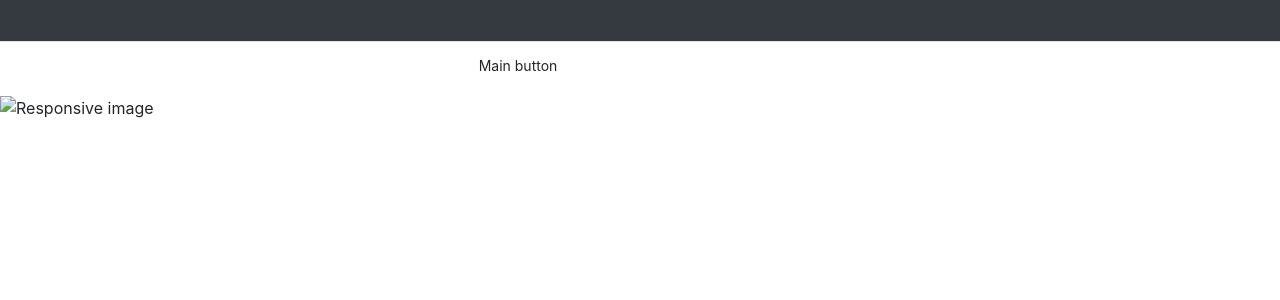
Repository: Alaa-OmarAlshobaki/portfolio
Page: index.html
An editor plug-in stored every save of this project. The page is shown before and after the next save, followed by the edit.
The browser window is 1280 px wide. The pictures show the whole page.
Some web fonts or font styles are not loaded; a fallback is used.

Above is the page before, as saved 2020-03-12 00:08:14.

### index.html
<!DOCTYPE html>
<html lang="en">
  <head>
    <meta charset="UTF-8" />
    <meta name="viewport" content="width=device-width, initial-scale=1.0" />
    <link rel="icon" href="public/img/cv.png" type="image/gif" sizes="16x16">
    <link rel="stylesheet" href="public/fonts/icomoon/style.css">
    <link rel="stylesheet" href="public/fonts/flaticon/font/flaticon.css">
    <link rel="stylesheet" href="https://stackpath.bootstrapcdn.com/bootstrap/4.3.1/css/bootstrap.min.css" integrity="sha384-ggOyR0iXCbMQv3Xipma34MD+dH/1fQ784/j6cY/iJTQUOhcWr7x9JvoRxT2MZw1T" crossorigin="anonymous">
    <link href="https://fonts.googleapis.com/css?family=Dancing+Script&display=swap" rel="stylesheet">
    <link rel="stylesheet" href="public/js/jquery-ui/jquery-ui.css" />
    <link rel="stylesheet" href="public/css/style.css" />
    <script src="https://code.jquery.com/jquery-3.3.1.slim.min.js" integrity="sha384-q8i/X+965DzO0rT7abK41JStQIAqVgRVzpbzo5smXKp4YfRvH+8abtTE1Pi6jizo" crossorigin="anonymous"></script>
    <script src="https://cdnjs.cloudflare.com/ajax/libs/popper.js/1.14.7/umd/popper.min.js" integrity="sha384-UO2eT0CpHqdSJQ6hJty5KVphtPhzWj9WO1clHTMGa3JDZwrnQq4sF86dIHNDz0W1" crossorigin="anonymous"></script>
    <script src="https://stackpath.bootstrapcdn.com/bootstrap/4.3.1/js/bootstrap.min.js" integrity="sha384-JjSmVgyd0p3pXB1rRibZUAYoIIy6OrQ6VrjIEaFf/nJGzIxFDsf4x0xIM+B07jRM" crossorigin="anonymous"></script>
    <script type="text/javascript" src="public/js/jquery.js"></script>
    <script type="text/javascript" src="public/js/jquery-ui/jquery-ui.js"></script>

    <script>

      </script>

    <title>Portfolio</title>

    </style>
  </head>
  <body>

  <div class="site-wrap">
<!-- start section social header -->
  <section>

    <div class="border-bottom top-bar py-2 bg-dark" id="home-section">
      <div class="container">
        <div class="row">
         <div class="col-7"></div>
          <div class="col-5">
            <div class="row">
              <div class="col-2"><a href="https://github.com/Alaa-OmarAlshobaki"><span class="icon-github"></span></a></div>
              <div class="col-2"><a href="https://jo.linkedin.com/in/ala-a-omar-al-shobaki-1b4059186?trk=people-guest_people_search-card"><span class="icon-linkedin"></span></a></div>
              <div class="col-2"><a href="mailto:alaaomaralshobaki@gmail.com"><span class="icon-mail_outline"></span></a></div>
              <div class="col-2"><a href="tel:+962788320226"><span class="icon-phonelink_ring"></span></a></div>
            </div>
          </div>
        </div>
      </div>
    </div>

</section>
<!-- end section social header -->
<!-- start section header -->
<section>
   <!--Navbar-->
   <nav class="navbar navbar-expand-lg navbar-dark primary-color bg">

    <div class="container">

      <!-- Collapse button -->
      <button class="navbar-toggler float-right" type="button" data-toggle="collapse" data-target="#navbarSupportedContent"
        aria-controls="navbarSupportedContent" aria-expanded="false" aria-label="Toggle navigation">
        <span class="navbar-toggler-icon"></span>
      </button>

      <!-- Collapsible content -->
      <div class="collapse navbar-collapse justify-content-center" id="navbarSupportedContent">

        <!-- Links -->
        <ul class="navbar-nav">

          <li class="nav-item">
            <button class="btn btn-outline-white btn-sm" type="button">Main button</button>
          </li>

          <li class="nav-item">
            <a class="nav-link" href="#">Features</a>
          </li>
          <li class="nav-item">
            <a class="nav-link" href="#">Pricing</a>
          </li>

          <!-- Dropdown -->
          <li class="nav-item dropdown">
            <a class="nav-link dropdown-toggle" id="navbarDropdownMenuLink" data-toggle="dropdown" aria-haspopup="true"
              aria-expanded="false">Dropdown</a>
            <div class="dropdown-menu dropdown-primary" aria-labelledby="navbarDropdownMenuLink">
              <a class="dropdown-item" href="#">Action</a>
              <a class="dropdown-item" href="#">Another action</a>
              <a class="dropdown-item" href="#">Something else here</a>
            </div>
          </li>

        </ul>
        <!-- Links -->

      </div>
      <!-- CTA -->

    </div>

  </nav>
  <!--/.Navbar-->
</section>
<!-- end section header -->
<!-- start section cover -->
<section>
<div class="container-fluid">
  <div class="row">
    <img src="" class="img-fluid" alt="Responsive image">
  </div>
</div>
</section>
<!-- end section cover -->
  </div><!-- end div site-wrap-->
  </body>
</html>

### public/css/style.css
a {
  color: #32dbc6;
  text-decoration: none;
  background-color: transparent;
  font-size: 15px;
}
a:hover {
  color: #1da493;
  text-decoration: none;
}

Loaded but not shown: public/fonts/icomoon/style.css (common file); public/fonts/flaticon/font/flaticon.css (common file); public/js/jquery-ui/jquery-ui.css (library); public/js/jquery.js (library); public/js/jquery-ui.js (library)

After the next save:
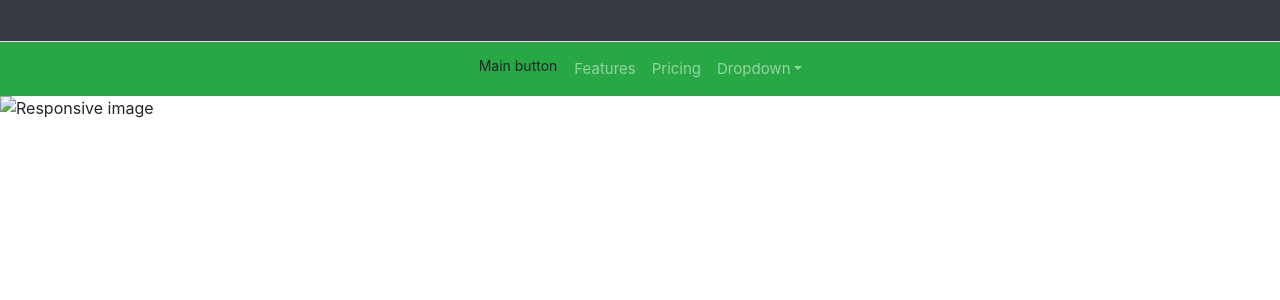
Saved 9 s later.
--- a/index.html
+++ b/index.html
@@ -51,7 +51,7 @@
 <!-- start section header -->
 <section>
    <!--Navbar-->
-   <nav class="navbar navbar-expand-lg navbar-dark primary-color bg">
+   <nav class="navbar navbar-expand-lg navbar-dark primary-color bg-success">
 
     <div class="container">
 
